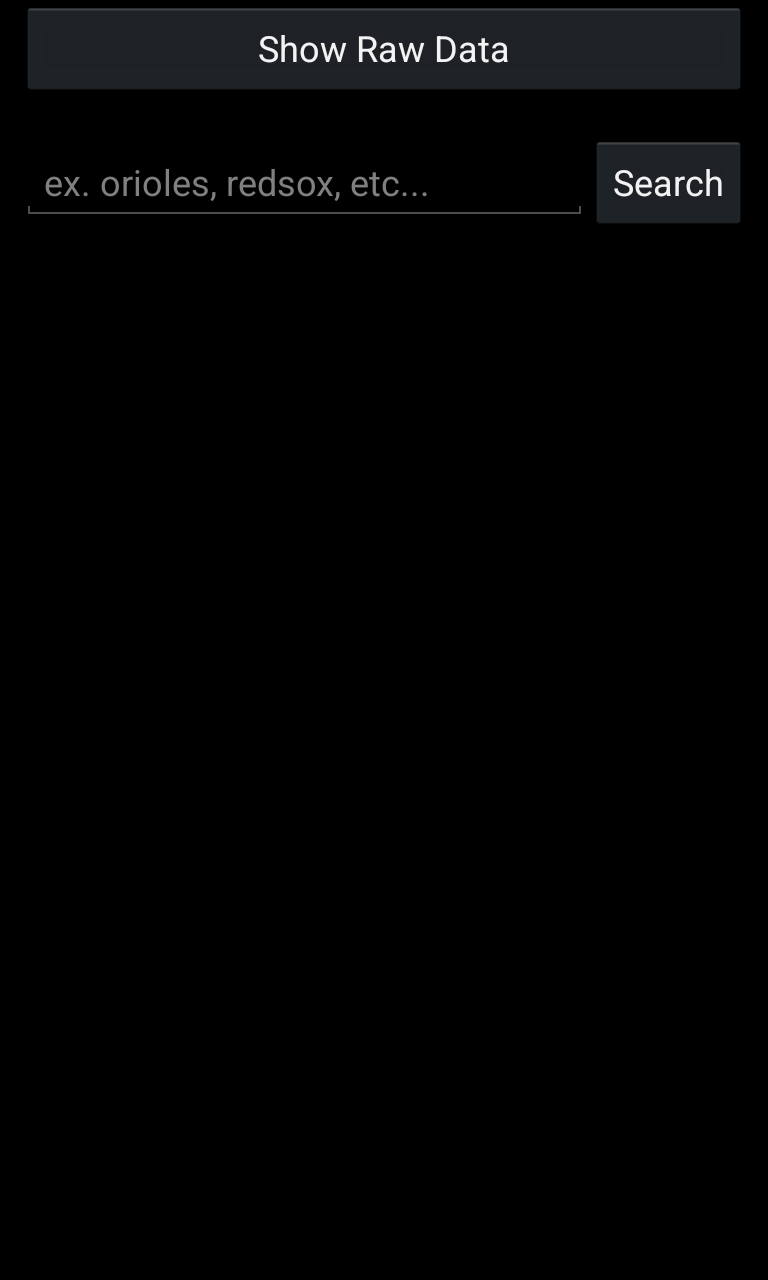
Repository: jemcphe/java1
Layout: teamG.M./TeamGM/res/layout/applayout.xml
These files come from the project's save history. The layout is drawn as it stood at one moment and after the next save; the edit follows.
It is drawn on a 768 x 1280 px phone screen (xhdpi) without system bars, with theme AppTheme; the app's code is not run.

Above is the layout before, as saved 2013-05-29 03:48:52.

After the next save:
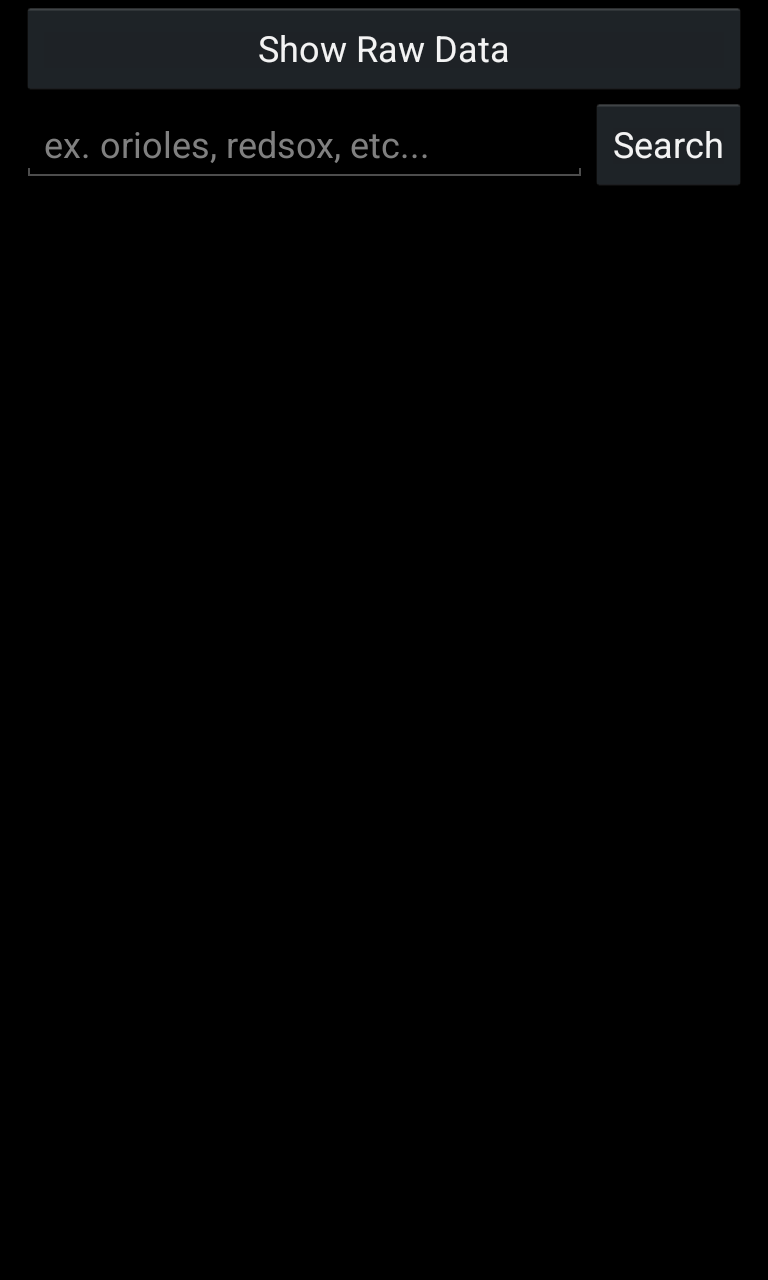
Saved 31 s later.
--- a/teamG.M./TeamGM/res/layout/applayout.xml
+++ b/teamG.M./TeamGM/res/layout/applayout.xml
@@ -18,13 +18,14 @@
             android:layout_width="match_parent"
             android:layout_height="wrap_content"
             android:text="@string/show_raw_data" />
-
+		<ScrollView >
         <TextView
             android:id="@+id/historyLabel"
             android:layout_width="fill_parent"
             android:layout_height="wrap_content"
             android:textIsSelectable="false"
             android:visibility="invisible" />
+        </ScrollView>
     </LinearLayout>
 
     <LinearLayout
